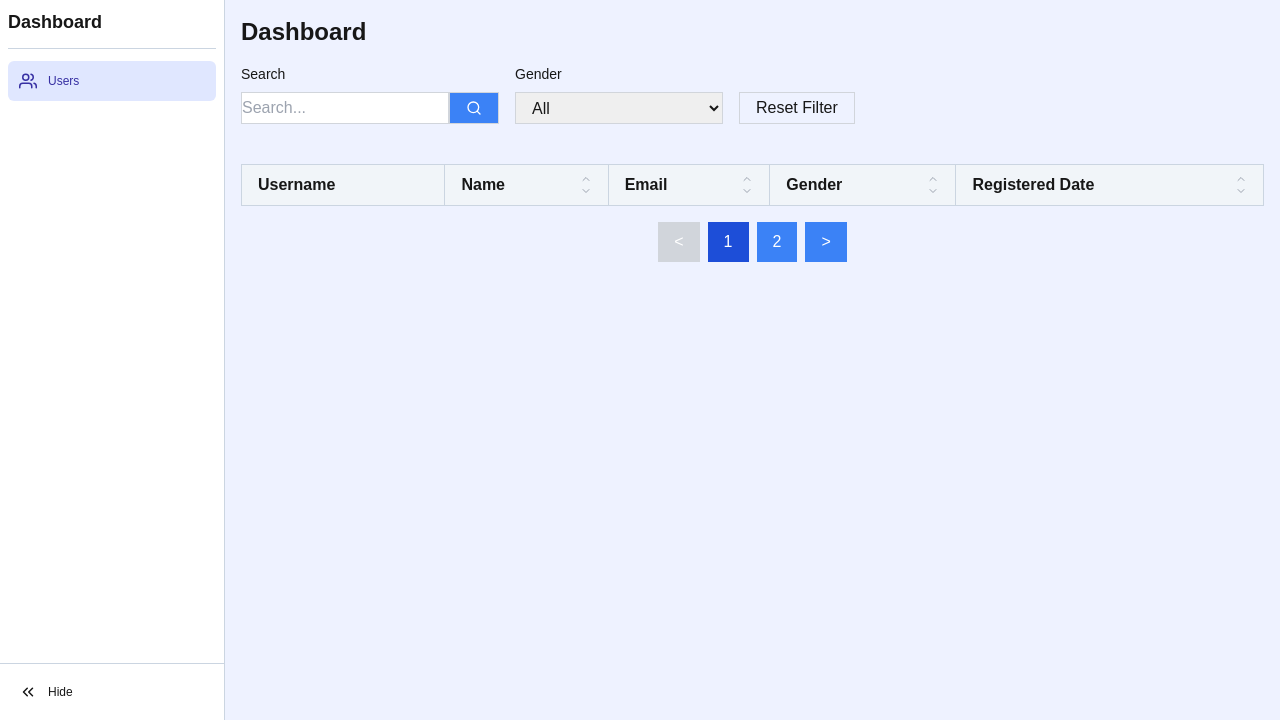
Repository: Ademaulana100499/userdashboard
Page: /
The author's editor kept a copy of each file at every save. The page is drawn from the files as they stood at one save, then again after the next save.
The browser window is 1280 px wide. The pictures show the whole page.
The page's requests for data from a server got no answer. The project was rebuilt for these pictures with package versions that can differ from the ones it lists, and the page was loaded fresh each time. The framework's server and built-in components were replaced by stand-ins that run in the browser. No one was signed in, and anything a server would have sent is missing. Also part of the build but not shown: next.config.mjs.

Above is the page before, as saved 2025-02-14 22:20:55.

### src/pages/index.js
import React from "react";
import Sidebar from "@/components/Sidebar";
import DashboardContent from "@/components/DashboardContent";
const Dashboard = () => {
  return (
    <div className="flex bg-indigo-50">
      <Sidebar />
      <DashboardContent />
    </div>
  );
};

export default Dashboard;

### src/components/Sidebar.jsx
import React, { useState } from "react";
import { FiChevronsRight, FiUsers } from "react-icons/fi";
import { motion } from "framer-motion";
const Sidebar = () => {
  const [open, setOpen] = useState(true);
  const [selected, setSelected] = useState("Users");

  return (
    <motion.nav
      layout
      className="sticky top-0 h-screen shrink-0 border-r border-slate-300 bg-white p-2"
      style={{
        width: open ? "225px" : "fit-content",
      }}>
      <TitleSection open={open} />

      <div className="space-y-1">
        <Option
          Icon={FiUsers}
          title="Users"
          selected={selected}
          setSelected={setSelected}
          open={open}
        />
      </div>

      <ToggleClose open={open} setOpen={setOpen} />
    </motion.nav>
  );
};

const Option = ({ Icon, title, selected, setSelected, open, notifs }) => {
  return (
    <motion.button
      layout
      onClick={() => setSelected(title)}
      className={`relative flex h-10 w-full items-center rounded-md transition-colors ${
        selected === title
          ? "bg-indigo-100 text-indigo-800"
          : "text-slate-500 hover:bg-slate-100"
      }`}>
      <motion.div
        layout
        className="grid h-full w-10 place-content-center text-lg">
        <Icon />
      </motion.div>
      {open && (
        <motion.span
          layout
          initial={{ opacity: 0, y: 12 }}
          animate={{ opacity: 1, y: 0 }}
          transition={{ delay: 0.125 }}
          className="text-xs font-medium">
          {title}
        </motion.span>
      )}

      {notifs && open && (
        <motion.span
          initial={{ scale: 0, opacity: 0 }}
          animate={{
            opacity: 1,
            scale: 1,
          }}
          style={{ y: "-50%" }}
          transition={{ delay: 0.5 }}
          className="absolute right-2 top-1/2 size-4 rounded bg-indigo-500 text-xs text-white">
          {notifs}
        </motion.span>
      )}
    </motion.button>
  );
};

const TitleSection = ({ open }) => {
  return (
    <div className="mb-3 border-b border-slate-300 pb-3">
      <div className="flex cursor-pointer items-center justify-between rounded-md transition-colors hover:bg-slate-100">
        <div className="flex justify-center items-center">
          {open && (
            <motion.div
              layout
              initial={{ opacity: 0, y: 12 }}
              animate={{ opacity: 1, y: 0 }}
              transition={{ delay: 0.125 }}>
              <span className="block text-lg font-semibold">Dashboard</span>
            </motion.div>
          )}
        </div>
      </div>
    </div>
  );
};

const ToggleClose = ({ open, setOpen }) => {
  return (
    <motion.button
      layout
      onClick={() => setOpen((pv) => !pv)}
      className="absolute bottom-0 left-0 right-0 border-t border-slate-300 transition-colors hover:bg-slate-100">
      <div className="flex items-center p-2">
        <motion.div
          layout
          className="grid size-10 place-content-center text-lg">
          <FiChevronsRight
            className={`transition-transform ${open && "rotate-180"}`}
          />
        </motion.div>
        {open && (
          <motion.span
            layout
            initial={{ opacity: 0, y: 12 }}
            animate={{ opacity: 1, y: 0 }}
            transition={{ delay: 0.125 }}
            className="text-xs font-medium">
            Hide
          </motion.span>
        )}
      </div>
    </motion.button>
  );
};

export default Sidebar;

### src/components/DashboardContent.jsx
import { FiChevronUp, FiChevronDown } from "react-icons/fi";
import { useState, useEffect } from "react";
import { FiSearch } from "react-icons/fi";

const DashboardContent = () => {
  const [data, setData] = useState([]);
  const [filteredData, setFilteredData] = useState([]); // For filtered data
  const [sortConfig, setSortConfig] = useState({ key: null, direction: null });
  const [selectedGender, setSelectedGender] = useState("all"); // Gender filter state
  const [searchKeyword, setSearchKeyword] = useState(""); // For search keyword
  const [currentPage, setCurrentPage] = useState(1); // Track current page
  const itemsPerPage = 5; // Number of items to display per page

  const fetchData = async () => {
    try {
      const response = await fetch(`https://randomuser.me/api/?results=10`);
      const result = await response.json();
      setData(result.results);
      setFilteredData(result.results); // Initialize filteredData with all data
    } catch (error) {
      console.error("Error fetching data:", error);
    }
  };

  useEffect(() => {
    fetchData();
  }, []);

  const handleSort = (key) => {
    let direction = "asc";
    if (sortConfig.key === key && sortConfig.direction === "asc") {
      direction = "desc";
    }
    setSortConfig({ key, direction });

    setFilteredData((prevData) =>
      [...prevData].sort((a, b) => {
        const valueA = getNestedValue(a, key);
        const valueB = getNestedValue(b, key);

        if (valueA < valueB) return direction === "asc" ? -1 : 1;
        if (valueA > valueB) return direction === "asc" ? 1 : -1;
        return 0;
      })
    );
  };

  const handleSearch = () => {
    // Filter data based on searchKeyword only when the search button is clicked
    const filtered = data.filter((user) =>
      `${user.name.first} ${user.name.last}`
        .toLowerCase()
        .includes(searchKeyword.toLowerCase())
    );
    setFilteredData(filtered);
  };

  const handleGenderFilter = (gender) => {
    setSelectedGender(gender);
    if (gender === "all") {
      setFilteredData(data); // Show all data if "All" is selected
    } else {
      const filtered = data.filter((user) => user.gender === gender);
      setFilteredData(filtered); // Filter based on selected gender
    }
  };

  const handleResetFilter = () => {
    // Reset filters
    setSelectedGender("all");
    setSearchKeyword("");
    setFilteredData(data); // Reset filtered data to the original
  };

  const getNestedValue = (obj, path) => {
    return path
      .split(".")
      .reduce((acc, key) => (acc && acc[key] ? acc[key] : ""), obj);
  };

  const getSortIconStyle = (key) => {
    return sortConfig.key === key ? "text-black" : "text-gray-400";
  };

  // Paginate the filtered data based on the current page
  const paginateData = (data) => {
    const indexOfLastItem = currentPage * itemsPerPage;
    const indexOfFirstItem = indexOfLastItem - itemsPerPage;
    return data.slice(indexOfFirstItem, indexOfLastItem);
  };

  // Handle page change
  const handlePageChange = (page) => {
    setCurrentPage(page);
  };

  // Calculate total pages based on filtered data
  const totalPages = Math.ceil(filteredData.length / itemsPerPage);

  return (
    <div className="flex-1 p-4">
      <h1 className="text-2xl font-semibold mb-4">Dashboard</h1>
      <div className="flex gap-4 items-center mb-10">
        {/* Search */}
        <div className="flex flex-col  gap-2">
          <label htmlFor="search" className="text-sm">
            Search
          </label>
          <div className="flex items-center">
            <input
              type="text"
              id="search"
              value={searchKeyword}
              onChange={(e) => setSearchKeyword(e.target.value)} // Update search keyword
              placeholder="Search..."
              className=" w-52 border border-gray-300 h-8"
            />
            <button
              type="button"
              onClick={handleSearch}
              className="bg-blue-500 border border-gray-300 text-white px-4 h-8  hover:bg-blue-600">
              <FiSearch />
            </button>
          </div>
        </div>

        {/* Gender Filter */}
        <div className="flex flex-col gap-2">
          <label htmlFor="gender" className="text-sm">
            Gender
          </label>
          <select
            name="gender"
            id="gender"
            value={selectedGender}
            onChange={(e) => handleGenderFilter(e.target.value)} // Update gender filter
            className="w-52 border border-gray-300 px-3 h-8 text-left">
            <option value="all">All</option>
            <option value="male">Male</option>
            <option value="female">Female</option>
          </select>
        </div>

        {/* Reset Filter Button */}
        <div className="flex flex-col justify-between gap-5">
          <div></div>
          {/* Reset Filter Button */}
          <button
            type="button"
            onClick={handleResetFilter}
            className="border border-gray-300  px-4 h-8 hover:bg-gray-400 mt-2">
            Reset Filter
          </button>
        </div>
      </div>

      <table className="min-w-full table-auto border-collapse border border-slate-300 mt-4">
        <thead>
          <tr className="bg-slate-100">
            <th className="border border-slate-300 px-4 py-2 text-left">
              Username
            </th>
            <th className="border border-slate-300 px-4 py-2 text-left">
              <div className="flex justify-between items-center">
                <span>Name</span>
                <div className="flex flex-col items-center">
                  <FiChevronUp
                    onClick={() => handleSort("name.first")}
                    className={`text-xs cursor-pointer ${getSortIconStyle(
                      "name.first"
                    )}`}
                  />
                  <FiChevronDown
                    onClick={() => handleSort("name.first")}
                    className={`text-xs cursor-pointer ${getSortIconStyle(
                      "name.first"
                    )}`}
                  />
                </div>
              </div>
            </th>
            <th className="border border-slate-300 px-4 py-2 text-left">
              <div className="flex justify-between items-center">
                <span>Email</span>
                <div className="flex flex-col items-center">
                  <FiChevronUp
                    onClick={() => handleSort("email")}
                    className={`text-xs cursor-pointer ${getSortIconStyle(
                      "email"
                    )}`}
                  />
                  <FiChevronDown
                    onClick={() => handleSort("email")}
                    className={`text-xs cursor-pointer ${getSortIconStyle(
                      "email"
                    )}`}
                  />
                </div>
              </div>
            </th>
            <th className="border border-slate-300 px-4 py-2 text-left">
              <div className="flex justify-between items-center">
                <span>Gender</span>
                <div className="flex flex-col items-center">
                  <FiChevronUp
                    onClick={() => handleSort("gender")}
                    className={`text-xs cursor-pointer ${getSortIconStyle(
                      "gender"
                    )}`}
                  />
                  <FiChevronDown
                    onClick={() => handleSort("gender")}
                    className={`text-xs cursor-pointer ${getSortIconStyle(
                      "gender"
                    )}`}
                  />
                </div>
              </div>
            </th>
            <th className="border border-slate-300 px-4 py-2 text-left">
              <div className="flex justify-between items-center">
                <span>Registered Date</span>
                <div className="flex flex-col items-center">
                  <FiChevronUp
                    onClick={() => handleSort("registered.date")}
                    className={`text-xs cursor-pointer ${getSortIconStyle(
                      "registered.date"
                    )}`}
                  />
                  <FiChevronDown
                    onClick={() => handleSort("registered.date")}
                    className={`text-xs cursor-pointer ${getSortIconStyle(
                      "registered.date"
                    )}`}
                  />
                </div>
              </div>
            </th>
          </tr>
        </thead>
        <tbody>
          {paginateData(filteredData).map((user, index) => (
            <tr key={index} className="hover:bg-slate-50">
              <td className="border border-slate-300 px-4 py-2">
                {user.login.username}
              </td>
              <td className="border border-slate-300 px-4 py-2">
                {user.name.title} {user.name.first} {user.name.last}
              </td>
              <td className="border border-slate-300 px-4 py-2">
                {user.email}
              </td>
              <td className="border border-slate-300 px-4 py-2">
                {user.gender}
              </td>
              <td className="border border-slate-300 px-4 py-2">
                {new Date(user.registered.date)
                  .toLocaleString("id-ID", {
                    day: "2-digit",
                    month: "2-digit",
                    year: "numeric",
                    hour: "2-digit",
                    minute: "2-digit",
                  })
                  .replace(",", "")
                  .replace("/", "-")
                  .replace("/", "-")
                  .replace(".", ":")}
              </td>
            </tr>
          ))}
        </tbody>
      </table>

      {/* Pagination controls */}
      <div className="flex justify-center items-center mt-4 space-x-2">
        {/* Left Arrow */}
        <button
          onClick={() => handlePageChange(currentPage - 1)}
          disabled={currentPage === 1}
          className="px-4 py-2 bg-blue-500 text-white   disabled:bg-gray-300">
          &lt;
        </button>

        {/* Page Numbers */}
        <button
          onClick={() => handlePageChange(1)}
          className={`px-4 py-2 bg-blue-500 text-white   ${
            currentPage === 1 ? "bg-blue-700" : ""
          }`}>
          1
        </button>

        <button
          onClick={() => handlePageChange(2)}
          className={`px-4 py-2 bg-blue-500 text-white   ${
            currentPage === 2 ? "bg-blue-700" : ""
          }`}>
          2
        </button>

        {/* Right Arrow */}
        <button
          onClick={() => handlePageChange(currentPage + 1)}
          disabled={currentPage === totalPages}
          className="px-4 py-2 bg-blue-500 text-white   disabled:bg-gray-300">
          &gt;
        </button>
      </div>
    </div>
  );
};

export default DashboardContent;

Loaded but not shown: src/pages/_app.js (common file); src/pages/_document.js (common file); src/styles/globals.css (common file); tailwind.config.mjs (common file)

After the next save:
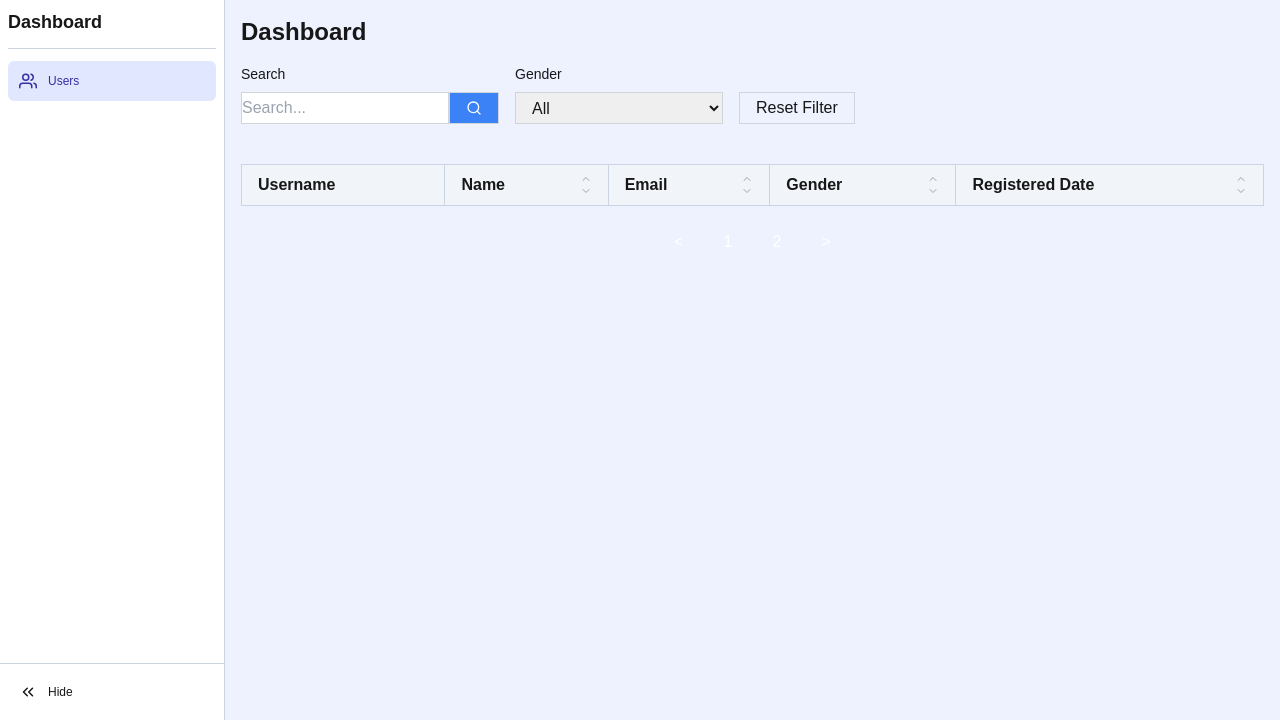
Saved 42 s later.
--- a/src/components/DashboardContent.jsx
+++ b/src/components/DashboardContent.jsx
@@ -278,23 +278,23 @@ const DashboardContent = () => {
         <button
           onClick={() => handlePageChange(currentPage - 1)}
           disabled={currentPage === 1}
-          className="px-4 py-2 bg-blue-500 text-white   disabled:bg-gray-300">
+          className="px-4 py-2 border-blue-500 text-white   disabled:border-gray-300">
           &lt;
         </button>
 
         {/* Page Numbers */}
         <button
           onClick={() => handlePageChange(1)}
-          className={`px-4 py-2 bg-blue-500 text-white   ${
-            currentPage === 1 ? "bg-blue-700" : ""
+          className={`px-4 py-2 border-blue-500 text-white   ${
+            currentPage === 1 ? "border-blue-700" : ""
           }`}>
           1
         </button>
 
         <button
           onClick={() => handlePageChange(2)}
-          className={`px-4 py-2 bg-blue-500 text-white   ${
-            currentPage === 2 ? "bg-blue-700" : ""
+          className={`px-4 py-2 border-blue-500 text-white   ${
+            currentPage === 2 ? "border-blue-700" : ""
           }`}>
           2
         </button>
@@ -303,7 +303,7 @@ const DashboardContent = () => {
         <button
           onClick={() => handlePageChange(currentPage + 1)}
           disabled={currentPage === totalPages}
-          className="px-4 py-2 bg-blue-500 text-white   disabled:bg-gray-300">
+          className="px-4 py-2 border-blue-500 text-white   disabled:border-gray-300">
           &gt;
         </button>
       </div>
